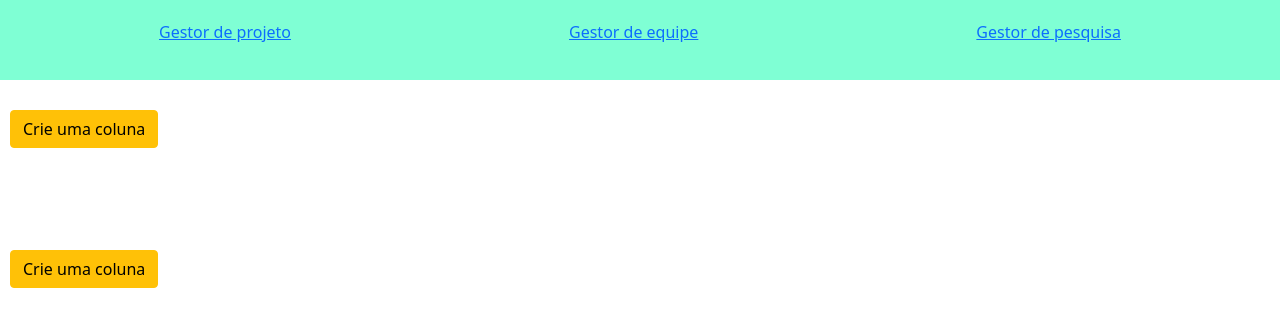
Repository: shadowruge/kanban
Page: index.html
An editor plug-in stored every save of this project. The page is shown before and after the next save, followed by the edit.
The browser window is 1280 px wide. The pictures show the whole page.

Above is the page before, as saved 2021-06-12 21:00:57.

### index.html
<!DOCTYPE html>
<html lang="en">
  <head>
    <meta charset="UTF-8" />
    <meta http-equiv="X-UA-Compatible" content="IE=edge" />
    <meta name="viewport" content="width=device-width, initial-scale=1.0" />
    <script src="https://cdn.jsdelivr.net/npm/@popperjs/core@2.9.2/dist/umd/popper.min.js" integrity="sha384-IQsoLXl5PILFhosVNubq5LC7Qb9DXgDA9i+tQ8Zj3iwWAwPtgFTxbJ8NT4GN1R8p" crossorigin="anonymous"></script>
<script src="https://cdn.jsdelivr.net/npm/bootstrap@5.0.1/dist/js/bootstrap.min.js" integrity="sha384-Atwg2Pkwv9vp0ygtn1JAojH0nYbwNJLPhwyoVbhoPwBhjQPR5VtM2+xf0Uwh9KtT" crossorigin="anonymous"></script>

    <script src="https://cdn.jsdelivr.net/npm/bootstrap@5.0.1/dist/js/bootstrap.bundle.min.js" integrity="sha384-gtEjrD/SeCtmISkJkNUaaKMoLD0//ElJ19smozuHV6z3Iehds+3Ulb9Bn9Plx0x4" crossorigin="anonymous"></script>
    <link href="https://cdn.jsdelivr.net/npm/bootstrap@5.0.1/dist/css/bootstrap.min.css" rel="stylesheet" integrity="sha384-+0n0xVW2eSR5OomGNYDnhzAbDsOXxcvSN1TPprVMTNDbiYZCxYbOOl7+AMvyTG2x" crossorigin="anonymous">
    <link rel="stylesheet" href="style.css" />

    <title id="Description">Shadow Kanban</title>
  </head>
  <header>
    <nav class="nav">
      <p><a href="#">Gestor de projeto</a></p>
      <p><a href="#">Gestor de equipe</a></p>
      <p><a href="#">Gestor de pesquisa</a></p>

    </nav>
  </header>
  <body>

    <!--botão-->
    <button type="button" class="btn btn-warning" onclick="myFunction()">Crie uma coluna</button>
    <br /><br /><br /><br />
    <button type="button" class="btn btn-warning" onclick="myFunction()">Crie uma coluna</button>
  <div class="Linha" style="width:600px;">
    <!-- RECEBE DIVS DINAMICAS -->
    </div>

  </body>
  <script>
    function myFunction() {
      var x = document.createElement("textarea");
      var t = document.createTextNode("Click me");
      x.appendChild(t);
      document.body.appendChild(x);
    }
  </script>
</html>

### style.css
/* setando html */
* {

  margin: 0;
  padding: 0;
  border: 0;

}

/* nav confi fora da tag body */

.nav {

  background-color:aquamarine;
  padding: 20px;
  flex-wrap: wrap;
  display: flex;
  justify-content: space-around;

}

  button {

    bootstrap:warning;
    color: white;
    background-color: brown;
    margin-top: 30px;
    margin-left: 10px;

  }

  .textarea{
    border-color: brown;
  }

After the next save:
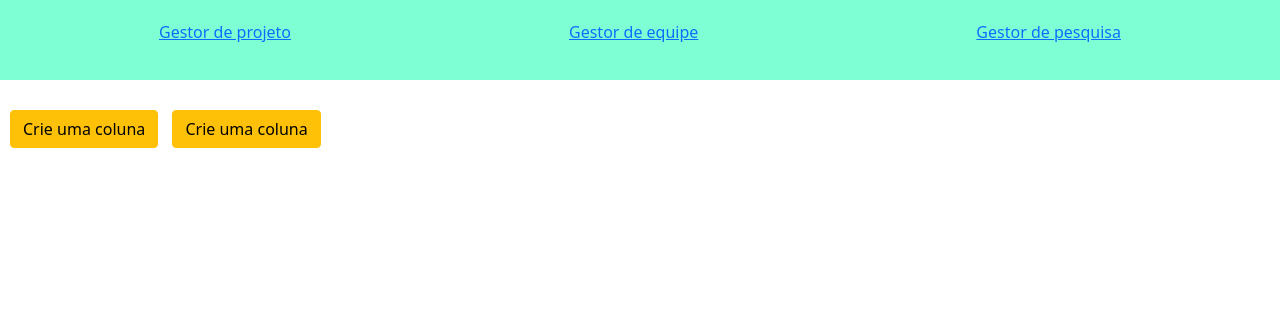
Saved 13 s later.
--- a/index.html
+++ b/index.html
@@ -25,7 +25,7 @@
 
     <!--botão-->
     <button type="button" class="btn btn-warning" onclick="myFunction()">Crie uma coluna</button>
-    <br /><br /><br /><br />
+
     <button type="button" class="btn btn-warning" onclick="myFunction()">Crie uma coluna</button>
   <div class="Linha" style="width:600px;">
     <!-- RECEBE DIVS DINAMICAS -->
